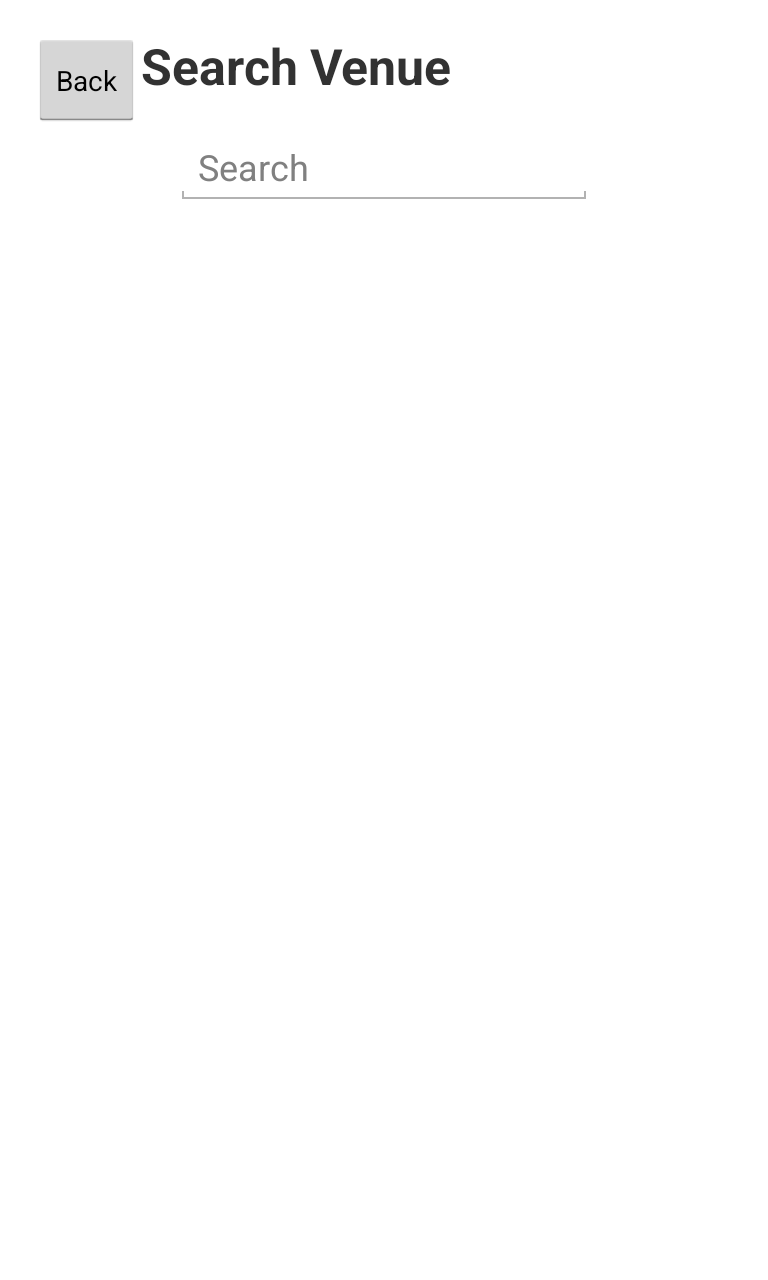
Repository: PotatoBiscuit/Thirstbuster
Layout: MobApp/workspace/DrinkAndGo/res/layout/activity_venue_search.xml
An editor plug-in stored every save of this project. The layout is shown before and after the next save, followed by the edit.
It is drawn on a 768 x 1280 px phone screen (xhdpi) without system bars, with theme AppTheme; the app's code is not run. The app's manifest (not shown) leaves right-to-left support off. So textAlignment, textDirection and layoutDirection are ignored, and left and right values win over start and end ones.

Above is the layout before, as saved 2016-04-18 02:15:49.

### MobApp/workspace/DrinkAndGo/res/layout/activity_venue_search.xml
<LinearLayout xmlns:android="http://schemas.android.com/apk/res/android"
    xmlns:tools="http://schemas.android.com/tools"
    android:layout_width="match_parent"
    android:layout_height="match_parent"
    android:gravity="center_horizontal"
    android:orientation="vertical"
    android:paddingBottom="@dimen/activity_vertical_margin"
    android:paddingLeft="@dimen/activity_horizontal_margin"
    android:paddingRight="@dimen/activity_horizontal_margin"
    android:paddingTop="@dimen/activity_vertical_margin"
    android:focusableInTouchMode="true"
    tools:context="com.CS477.drinkandgo.activities.VenueSearchActivity" >

    <RelativeLayout
        android:layout_width="match_parent"
        android:layout_height="wrap_content" >

        <TextView
            android:id="@+id/title_search_venue"
            android:layout_width="wrap_content"
            android:layout_height="wrap_content"
            android:layout_alignParentTop="true"
            android:layout_toEndOf="@id/backButton"
            android:ems="10"
            android:text="@string/search_venue"
            android:textSize="@dimen/title_size2"
            android:textStyle="bold" />

        <Button
            android:id="@+id/backButton"
            style="?android:attr/buttonStyleSmall"
            android:layout_width="wrap_content"
            android:layout_height="wrap_content"
            android:layout_alignParentTop="true"
            android:text="@string/back"
            android:onClick="goBack" />

    </RelativeLayout>

    <EditText
        android:id="@+id/search_value"
        android:layout_width="wrap_content"
        android:layout_height="wrap_content"
        android:ems="10"
        android:hint="@string/search" />

    <ScrollView
        android:layout_width="fill_parent"
        android:layout_height="wrap_content">
	    <LinearLayout
	        android:id="@+id/venue_list"
	        android:layout_width="match_parent"
	        android:layout_height="wrap_content"
	        android:layout_gravity="center_horizontal"
	        android:gravity="center_horizontal"
	        android:orientation="vertical" >

	    </LinearLayout>
	</ScrollView>

</LinearLayout>

### MobApp/workspace/DrinkAndGo/res/values/dimens.xml
<resources>

    <!-- Default screen margins, per the Android Design guidelines. -->
    <dimen name="activity_horizontal_margin">16dp</dimen>
    <dimen name="activity_vertical_margin">16dp</dimen>
    <dimen name="title_size">72px</dimen>
    <dimen name="button_margin">10dp</dimen>
    <dimen name="title_margin">50dp</dimen>
    <dimen name="title_size2">25dp</dimen>

</resources>

### MobApp/workspace/DrinkAndGo/res/values/strings.xml
<?xml version="1.0" encoding="utf-8"?>
<resources>

    <string name="app_name">DrinkAndGo</string>
    <string name="sign_in">Sign In</string>
    <string name="sign_up">Sign Up</string>
    <string name="title_activity_sign_in">SignInActivity</string>
    <string name="hello_world">Hello world!</string>
    <string name="action_settings">Settings</string>
    <string name="title_activity_sign_up">SignUpActivity</string>
    <string name="username">Username</string>
    <string name="password">Password</string>
    <string name="submit">Submit</string>
    <string name="title_activity_venue_search">VenueSearchActivity</string>
    <string name="name">Name</string>
    <string name="confirm_password">Re-enter Password</string>
    <string name="card_number">Credit Card Number</string>
    <string name="password_error">Passwords do not match!</string>
    <string name="input_error">All fields must be filled!</string>
    <string name="username_error">Username or password is incorrect!</string>
    <string name="username_not_unique">Username is already taken!</string>
    <string name="search_venue">Search Venue</string>
    <string name="search">Search</string>
    <string name="select">Select</string>
    <string name="title_activity_menu">MenuActivity</string>
    <string name="back">Back</string>
    <string name="cart">Cart</string>
    <string name="title_activity_cart">CartActivity</string>
    <string name="order">Order</string>
    <string name="self">Self-Service</string>
    <string name="table">Table-Service</string>
    <string name="enter_table_num">Enter Table Number</string>
    <string name="title_activity_order">OrderActivity</string>
    <string name="order_number">Order Number</string>
    <string name="status">Status</string>
	<string name="home">Return</string>
	<string name="new_order">New</string>

</resources>

Loaded but not shown: MobApp/workspace/DrinkAndGo/res/values/styles.xml (common file); MobApp/workspace/DrinkAndGo/res/values-v11/styles.xml (common file); MobApp/workspace/DrinkAndGo/res/values-v14/styles.xml (common file); MobApp/workspace/DrinkAndGo/res/values-w820dp/dimens.xml (common file)

After the next save:
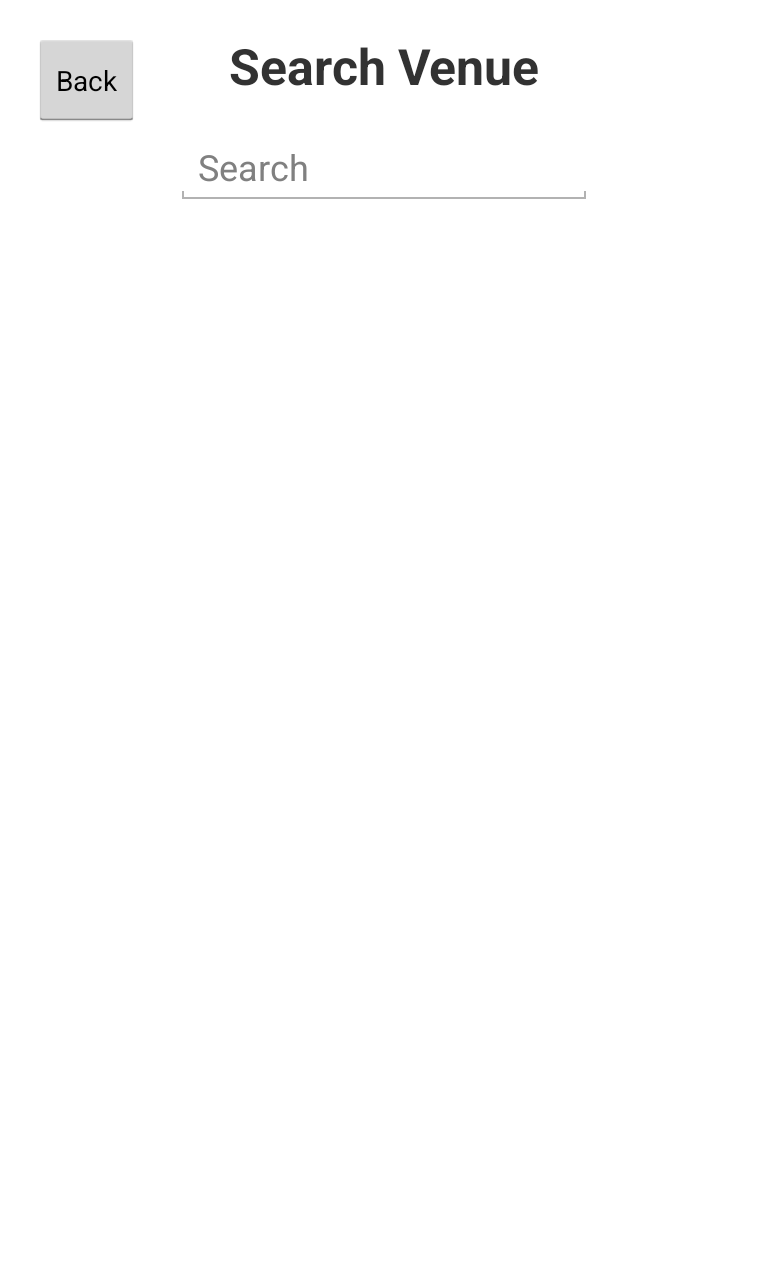
Saved 4 min 5 s later.
--- a/MobApp/workspace/DrinkAndGo/res/layout/activity_venue_search.xml
+++ b/MobApp/workspace/DrinkAndGo/res/layout/activity_venue_search.xml
@@ -20,8 +20,9 @@
             android:layout_width="wrap_content"
             android:layout_height="wrap_content"
             android:layout_alignParentTop="true"
-            android:layout_toEndOf="@id/backButton"
+            android:layout_centerHorizontal="true"
             android:ems="10"
+            android:gravity="center_horizontal"
             android:text="@string/search_venue"
             android:textSize="@dimen/title_size2"
             android:textStyle="bold" />
@@ -31,9 +32,10 @@
             style="?android:attr/buttonStyleSmall"
             android:layout_width="wrap_content"
             android:layout_height="wrap_content"
+            android:layout_alignParentStart="true"
             android:layout_alignParentTop="true"
-            android:text="@string/back"
-            android:onClick="goBack" />
+            android:onClick="goBack"
+            android:text="@string/back" />
 
     </RelativeLayout>
 
